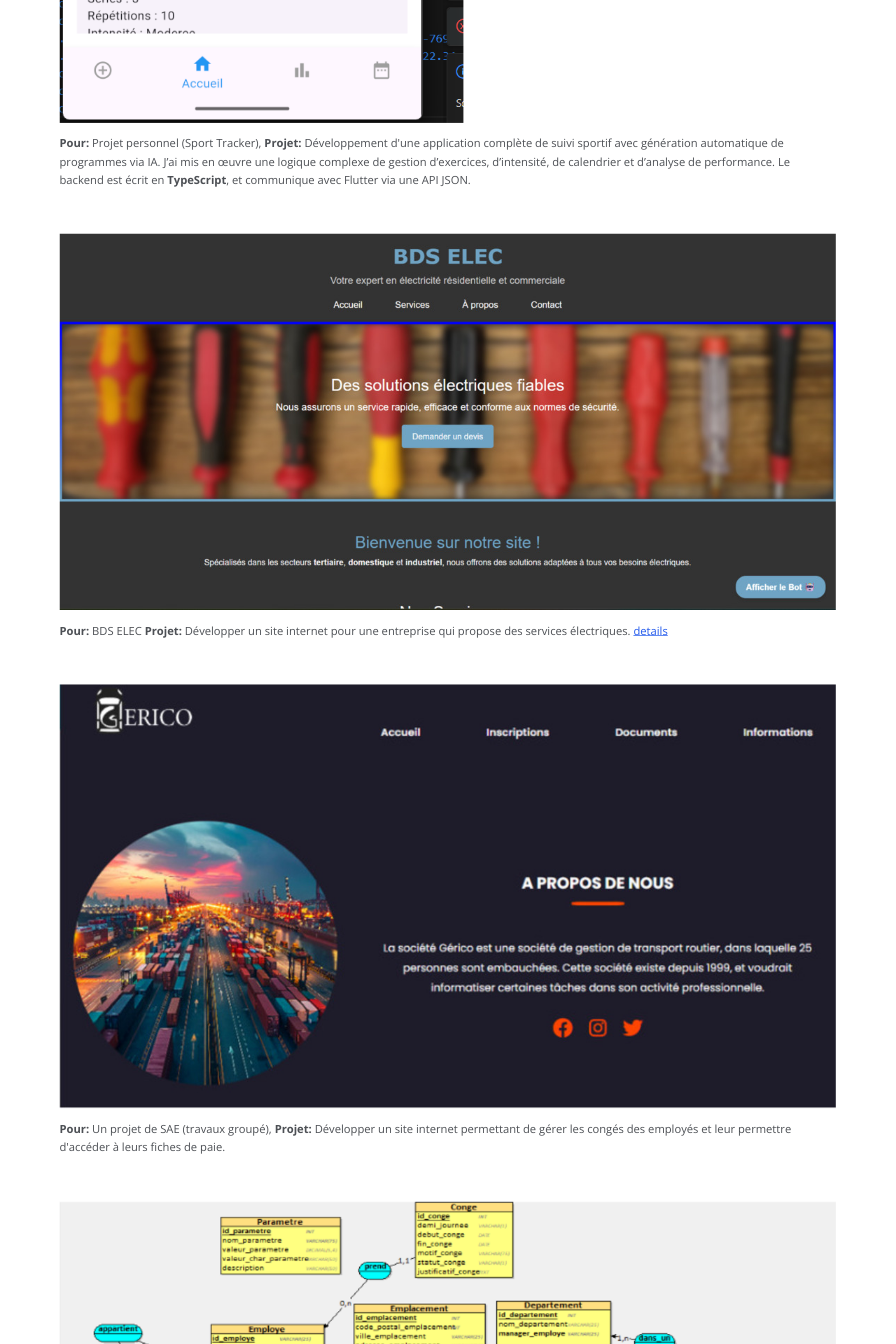
Repository: J2S80000/Portfolio
Page: index.html
These files come from the project's save history. The page is drawn as it stood at one moment and after the next save; the edit follows.
The browser window is 1280 px wide. The pictures show the part of the page from y = 4181 to 6101 px (the page is 9174 px tall before and 9226 px after), at 70% of full size.

Above is the page before, as saved 2025-07-07 16:14:52.

After the next save:
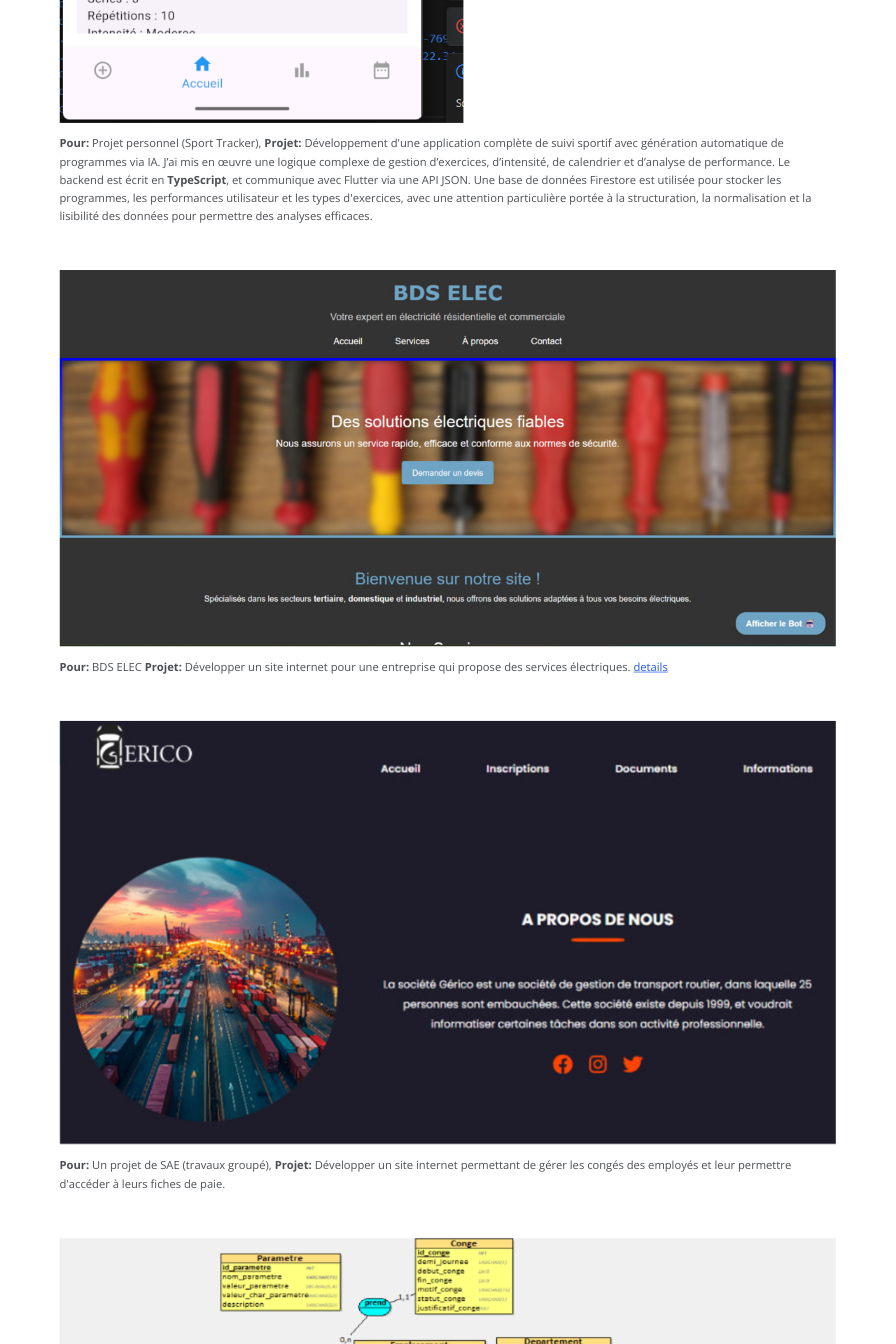
Saved 2 min 13 s later.
--- a/index.html
+++ b/index.html
@@ -210,8 +210,13 @@
                     <div class="image-container">
                         <img class="img-fluid" src="images/project-01.png" alt="alternative">
                     </div> <!-- end of image-container -->
-                    <p><strong>Pour:</strong> Projet personnel (Sport Tracker), <strong>Projet:</strong> Développement d'une application complète de suivi sportif avec génération automatique de programmes via IA. J’ai mis en œuvre une logique complexe de gestion d’exercices, d’intensité, de calendrier et d’analyse de performance. Le backend est écrit en <strong>TypeScript</strong>, et communique avec Flutter via une API JSON.</p>
-                </div> <!-- end of text-container -->
+<p>
+  <strong>Pour:</strong> Projet personnel (Sport Tracker),
+  <strong>Projet:</strong> Développement d'une application complète de suivi sportif avec génération automatique de programmes via IA.
+  J’ai mis en œuvre une logique complexe de gestion d’exercices, d’intensité, de calendrier et d’analyse de performance.
+  Le backend est écrit en <strong>TypeScript</strong>, et communique avec Flutter via une API JSON.
+  Une base de données Firestore est utilisée pour stocker les programmes, les performances utilisateur et les types d'exercices, avec une attention particulière portée à la structuration, la normalisation et la lisibilité des données pour permettre des analyses efficaces.
+</p>                </div> <!-- end of text-container -->
 
                 <div class="text-container">
                     <div class="image-container">
